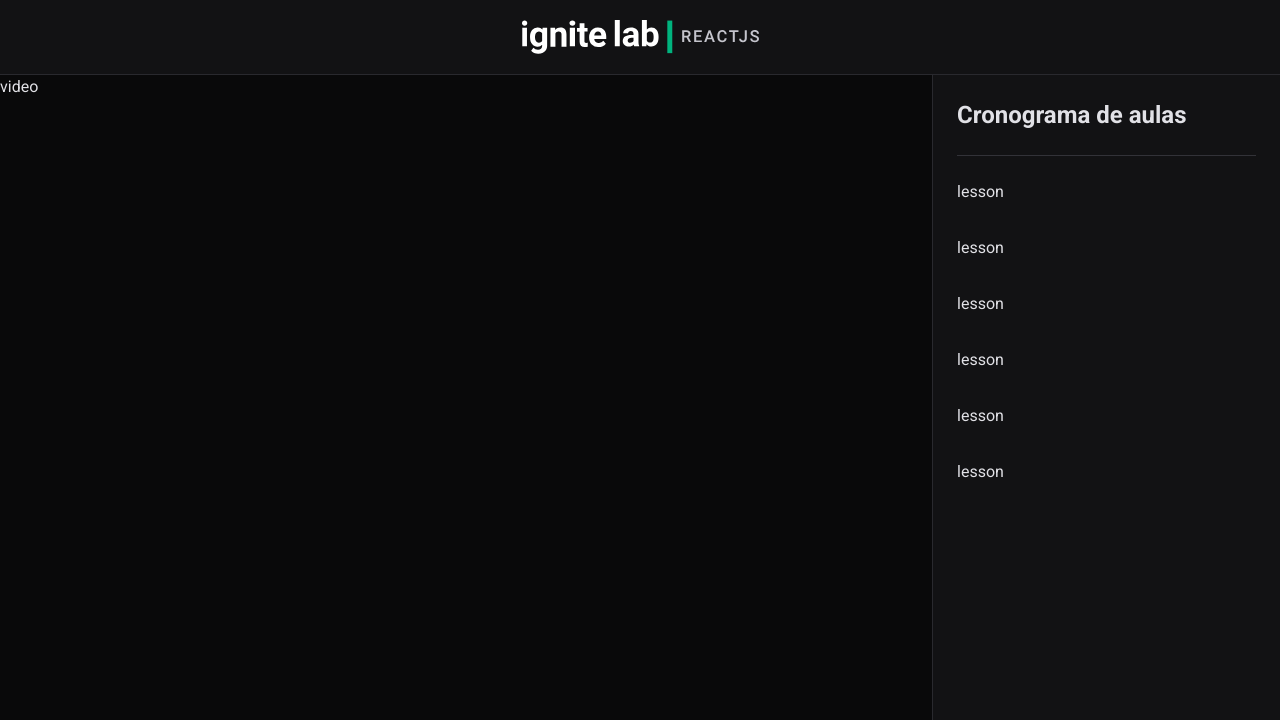
Repository: andynadvorny/event-platform
Page: /
An editor plug-in stored every save of this project. The page is shown before and after the next save, followed by the edit.
The browser window is 1280 px wide. The pictures show the whole page.
The project was rebuilt for these pictures with package versions that can differ from the ones it lists, and the page was loaded fresh each time. Also part of the build but not shown: vite.config.ts.

Above is the page before, as saved 2022-06-23 14:32:02.

### src/App.tsx
import { Event } from './pages/Event'

function App() {
  return (
    <Event />
  )
}

export default App

### src/lib/apollo.ts
import { ApolloClient, InMemoryCache } from "@apollo/client";

export const client = new ApolloClient({
  uri: 'https://api-sa-east-1.graphcms.com/v2/cl4q028zp2n6q01xs9d4d26wj/master',
  cache: new InMemoryCache()
});

### src/pages/Event.tsx
import { Header } from '../components/Header'
import { Sidebar } from '../components/Sidebar'
import { Video } from '../components/Video'

export function Event() {
  return (
    <div className="flex flex-col min-h-screen">
      <Header />
      <main className="flex flex-1">
        <Video />
        <Sidebar />
      </main>
    </div>
  )
}

### src/components/Sidebar.tsx
import { Lesson } from "./Lesson";

export function Sidebar() {
  return (
    <aside className="w-[348px] bg-gray-700 p-6 border-l border-gray-600">
      <span className="font-bold text-2xl pb-6 mb-6 border-b border-gray-500 block">
        Cronograma de aulas
      </span>
      <div className="flex flex-col gap-8">
        <Lesson />
        <Lesson />
        <Lesson />
        <Lesson />
        <Lesson />
        <Lesson />
      </div>
    </aside>
  )
}

### src/components/Video.tsx
export function Video() {
  return (
    <div className="flex-1">
      video
    </div>
  )
}

### src/components/Logo.tsx
export function Logo() {
  return (
    <svg
      xmlns="http://www.w3.org/2000/svg"
      width="237"
      height="34"
      fill="none"
      viewBox="0 0 237 34"
    >
      <path
        fill="#fff"
        d="M.002 3.112a2.49 2.49 0 01.165-.987c.12-.314.304-.595.535-.83A2.906 2.906 0 012.615.572c.698 0 1.374.257 1.912.723.23.24.412.524.536.837a2.701 2.701 0 010 1.979 2.568 2.568 0 01-.536.837 2.889 2.889 0 01-1.907.723 2.901 2.901 0 01-1.908-.723 2.458 2.458 0 01-.538-.84 2.645 2.645 0 01-.172-.996zm4.96 23.146H.273V7.862h4.689v18.397zM8.012 16.973c0-2.853.686-5.145 2.055-6.883a6.653 6.653 0 015.528-2.606 5.869 5.869 0 014.802 2.09l.2-1.751h4.538v17.95a7.891 7.891 0 01-1.12 4.246 7.243 7.243 0 01-3.147 2.752 11.155 11.155 0 01-4.742.94c-1.378 0-2.74-.279-4.008-.812a7.08 7.08 0 01-2.946-2.11l2.208-3.02a5.905 5.905 0 004.543 2.08 4.356 4.356 0 003.104-1.059 3.938 3.938 0 001.103-2.993v-.994a5.775 5.775 0 01-4.555 1.935 6.647 6.647 0 01-3.05-.652 6.615 6.615 0 01-2.408-1.967c-1.397-1.752-2.085-4.089-2.085-6.942v-.21h-.025l.005.006zm4.997.355a6.723 6.723 0 001.026 3.956 3.233 3.233 0 002.799 1.443c.651.045 1.3-.088 1.878-.39a3.52 3.52 0 001.396-1.305v-7.825a3.448 3.448 0 00-1.374-1.305 3.504 3.504 0 00-1.86-.39 3.28 3.28 0 00-1.61.365 3.22 3.22 0 00-1.219 1.103c-.688.975-1.036 2.418-1.036 4.348zM33.098 7.833l.158 2.196a6.527 6.527 0 012.371-1.927 6.38 6.38 0 012.971-.62c1.97 0 3.438.597 4.39 1.79.953 1.194 1.456 2.936 1.486 5.293v12.249h-4.962V14.683a3.367 3.367 0 00-.684-2.344 3.086 3.086 0 00-1.069-.598 3.008 3.008 0 00-1.211-.13 3.349 3.349 0 00-1.821.454c-.553.32-1.01.794-1.313 1.367v13.37H28.45V7.845l4.647-.012zM47.512 3.112a2.304 2.304 0 01.185-.988 2.42 2.42 0 01.59-.831A3.439 3.439 0 0150.404.57c.772 0 1.52.256 2.117.723.508.486.792 1.142.792 1.826 0 .683-.284 1.34-.792 1.826a3.417 3.417 0 01-2.11.723c-.77 0-1.517-.257-2.11-.723a2.47 2.47 0 01-.594-.839 2.342 2.342 0 01-.19-.994h-.005zm5.483 23.149h-5.18V7.86h5.18v18.4zM62.454 3.334v4.612h3.107v3.677h-3.107v9.382c-.05.53.091 1.063.395 1.495a1.824 1.824 0 001.473.45c.476.002.95-.035 1.421-.114v3.803a9.672 9.672 0 01-2.939.449c-3.398 0-5.128-1.775-5.19-5.32V11.644h-2.642V7.968h2.643V3.356h4.841v-.025l-.002.003zM76.487 27.08a9.277 9.277 0 01-6.759-2.55c-1.74-1.699-2.605-3.957-2.605-6.797v-.494a11.295 11.295 0 011.098-5.08 8.141 8.141 0 013.111-3.465 8.72 8.72 0 014.59-1.22c2.577 0 4.62.815 6.098 2.449 1.478 1.633 2.226 3.94 2.226 6.929v2.055h-12.01a4.665 4.665 0 001.473 2.971 4.487 4.487 0 003.111 1.111 5.426 5.426 0 004.548-2.115l2.476 2.781a7.506 7.506 0 01-3.07 2.507 9.81 9.81 0 01-4.287.916v.002zm-.594-15.514a3.127 3.127 0 00-2.428 1.012 5.405 5.405 0 00-1.188 2.912h7.006v-.405a3.749 3.749 0 00-.908-2.608 3.252 3.252 0 00-2.45-.908h-.03l-.002-.003zM97.771 26.259h-4.957V0h4.957V26.26zM112.209 26.259c-.227-.444-.392-.997-.496-1.659-1.196 1.333-2.751 2.002-4.666 2.002-1.811 0-3.314-.523-4.504-1.572-1.191-1.049-1.786-2.372-1.786-3.966 0-1.96.725-3.464 2.179-4.513 1.453-1.049 3.553-1.58 6.3-1.59h2.273v-1.06c0-.854-.22-1.54-.659-2.051-.44-.513-1.131-.77-2.078-.77-.832 0-1.486.2-1.957.6-.474.4-.708.945-.708 1.64h-4.941c0-1.07.331-2.062.992-2.973.662-.91 1.597-1.626 2.804-2.144 1.206-.518 2.564-.778 4.069-.778 2.28 0 4.089.573 5.429 1.718 1.34 1.145 2.009 2.756 2.009 4.83v8.017c.012 1.754.256 3.082.735 3.983v.29h-4.992l-.003-.004zm-4.086-3.435c.728 0 1.402-.163 2.016-.486.614-.326 1.071-.76 1.367-1.308v-3.181h-1.846c-2.472 0-3.79.854-3.948 2.564l-.017.291c0 .614.217 1.123.649 1.523.434.4 1.026.6 1.779.6v-.003zM136.58 17.183c0 2.963-.632 5.273-1.898 6.931-1.265 1.659-3.032 2.488-5.3 2.488-2.006 0-3.608-.77-4.805-2.308l-.222 1.967h-4.444V.001h4.94v9.418c1.14-1.332 2.638-2 4.496-2 2.256 0 4.025.828 5.308 2.487 1.283 1.658 1.923 3.992 1.923 7v.274l.002.003zm-4.94-.358c0-1.868-.296-3.233-.889-4.094-.592-.861-1.475-1.29-2.65-1.29-1.572 0-2.655.643-3.247 1.932v7.299c.604 1.298 1.697 1.95 3.282 1.95 1.584 0 2.643-.788 3.146-2.36.239-.752.358-1.897.358-3.437z"
      ></path>
      <path
        fill="#C4C4CC"
        d="M164.51 17.501h-2.283v4.53h-2.048v-11.78h4.143c1.36 0 2.408.306 3.149.915.74.61 1.108 1.493 1.108 2.648 0 .787-.19 1.449-.57 1.98-.38.532-.911.94-1.59 1.226l2.646 4.906v.106h-2.194l-2.364-4.531h.003zm-2.283-1.65h2.105c.691 0 1.229-.176 1.619-.524.39-.348.582-.824.582-1.429 0-.604-.18-1.12-.538-1.466-.358-.345-.893-.523-1.606-.533h-2.162V15.85zM179.066 16.773h-4.839v3.625h5.656v1.634h-7.704V10.25h7.648v1.65h-5.6v3.253h4.839v1.62zM189.803 19.29h-4.565l-.955 2.744h-2.127l4.452-11.783h1.836l4.459 11.783h-2.137l-.963-2.744zm-3.99-1.65h3.415l-1.707-4.89-1.708 4.89zM204.716 18.197c-.119 1.256-.583 2.238-1.392 2.941-.81.703-1.885 1.056-3.228 1.056-.938 0-1.764-.222-2.48-.668-.715-.445-1.266-1.079-1.656-1.898-.387-.82-.589-1.772-.607-2.858v-1.1c0-1.11.198-2.09.59-2.937.392-.846.96-1.5 1.695-1.96.736-.458 1.587-.688 2.554-.688 1.301 0 2.347.353 3.139 1.057.792.703 1.254 1.7 1.385 2.99h-2.039c-.096-.846-.343-1.458-.74-1.833-.397-.375-.977-.563-1.745-.563-.89 0-1.574.326-2.05.977-.479.652-.721 1.605-.733 2.863v1.044c0 1.273.227 2.245.683 2.917.457.668 1.123 1.004 2.004 1.004.805 0 1.409-.18 1.814-.543.405-.363.661-.962.77-1.804h2.038l-.002.003zM216.481 11.902h-3.674v10.132h-2.031V11.902h-3.642V10.25h9.347v1.65zM222.759 10.251h2.039v8.262c0 1.127-.353 2.023-1.057 2.687-.703.664-1.633.995-2.788.995-1.229 0-2.179-.311-2.848-.93-.669-.62-1.004-1.484-1.004-2.59h2.038c0 .627.156 1.096.467 1.412.31.316.76.474 1.347.474.55 0 .989-.183 1.315-.545.326-.366.489-.867.489-1.51V10.25h.002zM234.952 18.999c0-.518-.183-.918-.545-1.197-.363-.279-1.022-.563-1.972-.849-.95-.286-1.705-.604-2.265-.955-1.074-.674-1.612-1.555-1.612-2.638 0-.95.388-1.732 1.163-2.347.774-.614 1.779-.922 3.015-.922.819 0 1.55.15 2.194.454a3.597 3.597 0 011.513 1.29c.367.558.55 1.177.55 1.858h-2.038c0-.614-.193-1.095-.578-1.443-.385-.348-.938-.524-1.656-.524-.668 0-1.189.144-1.557.43-.37.286-.555.686-.555 1.197 0 .432.2.792.6 1.08.399.29 1.056.57 1.974.842.918.271 1.653.582 2.208.93.556.348.963.748 1.222 1.197.259.452.387.977.387 1.582 0 .982-.375 1.762-1.127 2.342-.753.58-1.775.87-3.063.87a5.755 5.755 0 01-2.352-.473c-.715-.316-1.27-.75-1.668-1.308-.397-.555-.594-1.204-.594-1.942h2.048c0 .669.222 1.187.664 1.555.441.367 1.075.55 1.902.55.713 0 1.246-.143 1.607-.432.357-.288.538-.671.538-1.145l-.003-.002z"
      ></path>
      <path fill="#00B37E" d="M150.271 33.146h-4.958V.57h4.958v32.576z"></path>
    </svg>
  );
}

### src/components/Lesson.tsx
export function Lesson() {
  return (
    <h1>lesson</h1>
  )
}

### tailwind.config.js
/** @type {import('tailwindcss').Config} */
module.exports = {
  content: [
    './src/**/*.tsx'
  ],
  theme: {
    extend: {
      fontFamily: {
        sans: 'Roboto, sans-serif'
      },
      colors: {
        green: {
          300: '#00B37E',
          500: '#00875F',
          700: '#015F43',
        },
        blue: {
          500: '#81D8F7',
        },
        orange: {
          500: '#FBA94C',
        },
        red: {
          500: '#F75A68',
        },
        gray: {
          100: '#E1E1E6',
          200: '#C4C4CC',
          300: '#8D8D99',
          500: '#323238',
          600: '#29292E',
          700: '#121214',
          900: '#09090A'
        }
      }
    },
  },
  plugins: [],
}

Loaded but not shown: index.html (common file); src/main.tsx (common file); src/styles/global.css (common file); src/components/Header.tsx (common file)

After the next save:
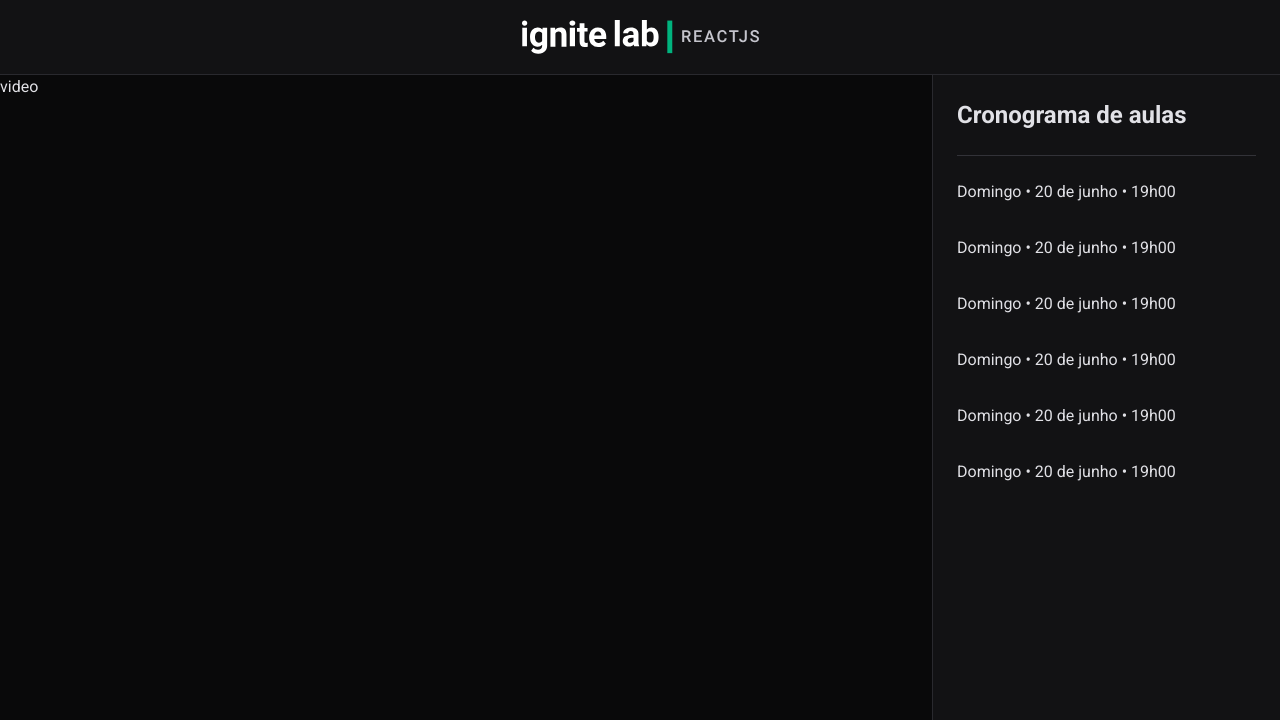
Saved 2 min 14 s later.
--- a/src/components/Lesson.tsx
+++ b/src/components/Lesson.tsx
@@ -1,5 +1,7 @@
 export function Lesson() {
   return (
-    <h1>lesson</h1>
+    <a href="#">
+      <span>Domingo • 20 de junho • 19h00</span>
+    </a>
   )
 }
